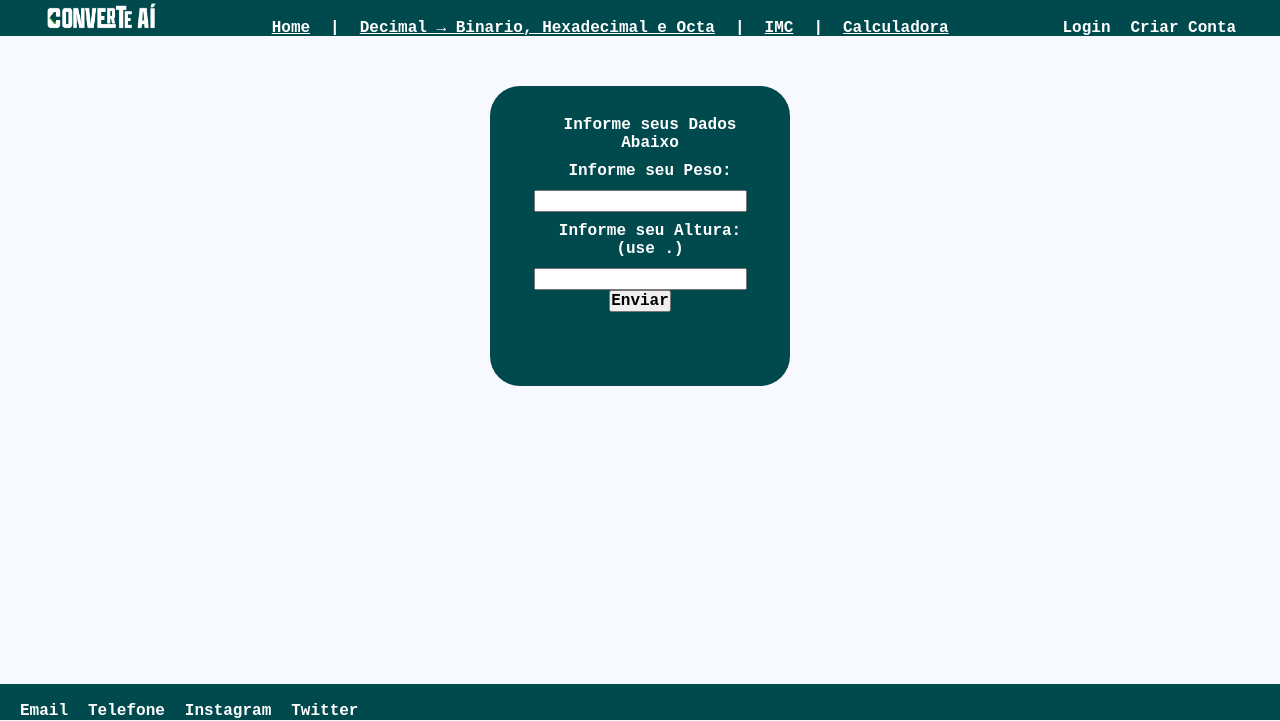
Repository: Frav1u/converteai
Page: ConverteAi/src/main/webapp/imc.html
These files come from the project's save history. The page is drawn as it stood at one moment and after the next save; the edit follows.
The browser window is 1280 px wide. The pictures show the whole page.
Some web fonts or font styles are not loaded; a fallback is used.

Above is the page before, as saved 2023-10-01 22:26:31.

After the next save:
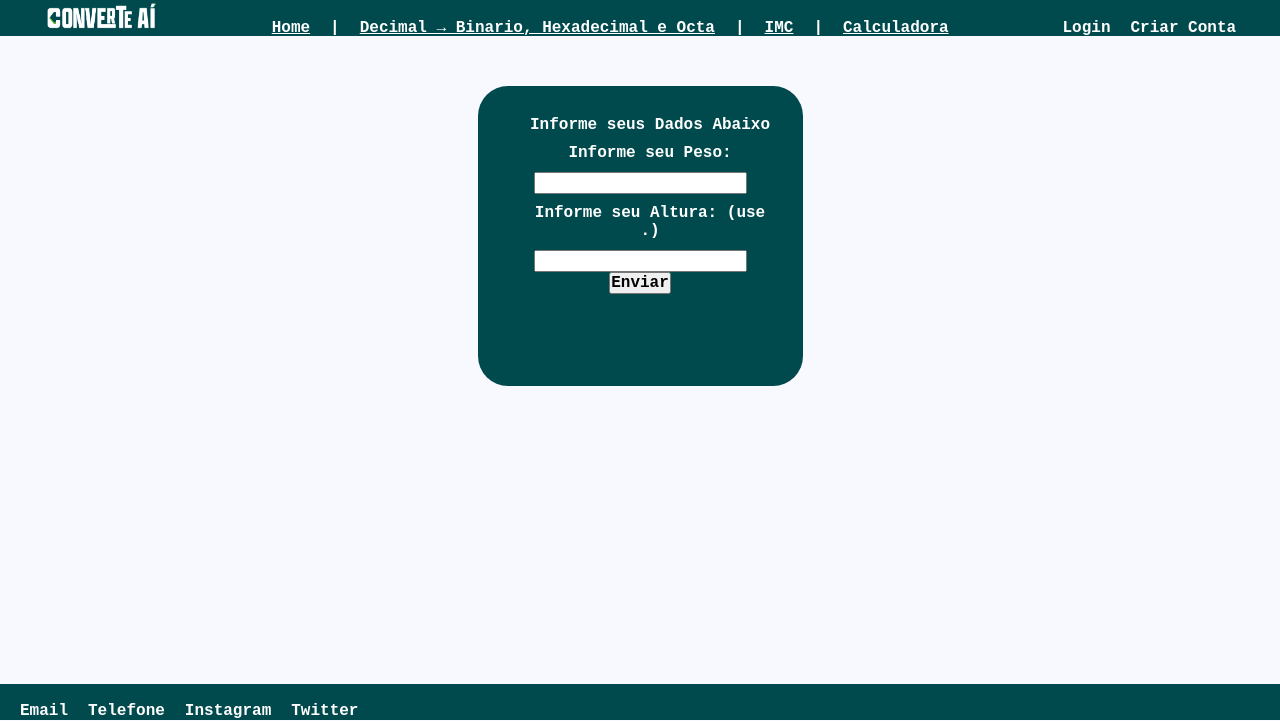
Saved 61 s later.
--- a/ConverteAi/src/main/webapp/styleimc.css
+++ b/ConverteAi/src/main/webapp/styleimc.css
@@ -90,7 +90,7 @@ main{
 }
 .caixa{
 	height: 300px;
-	width: 300px;
+	width: 325px;
 	background-color: hsl(183, 100%, 15%);
 	margin: 20px auto;
 	border-radius: 30px;
